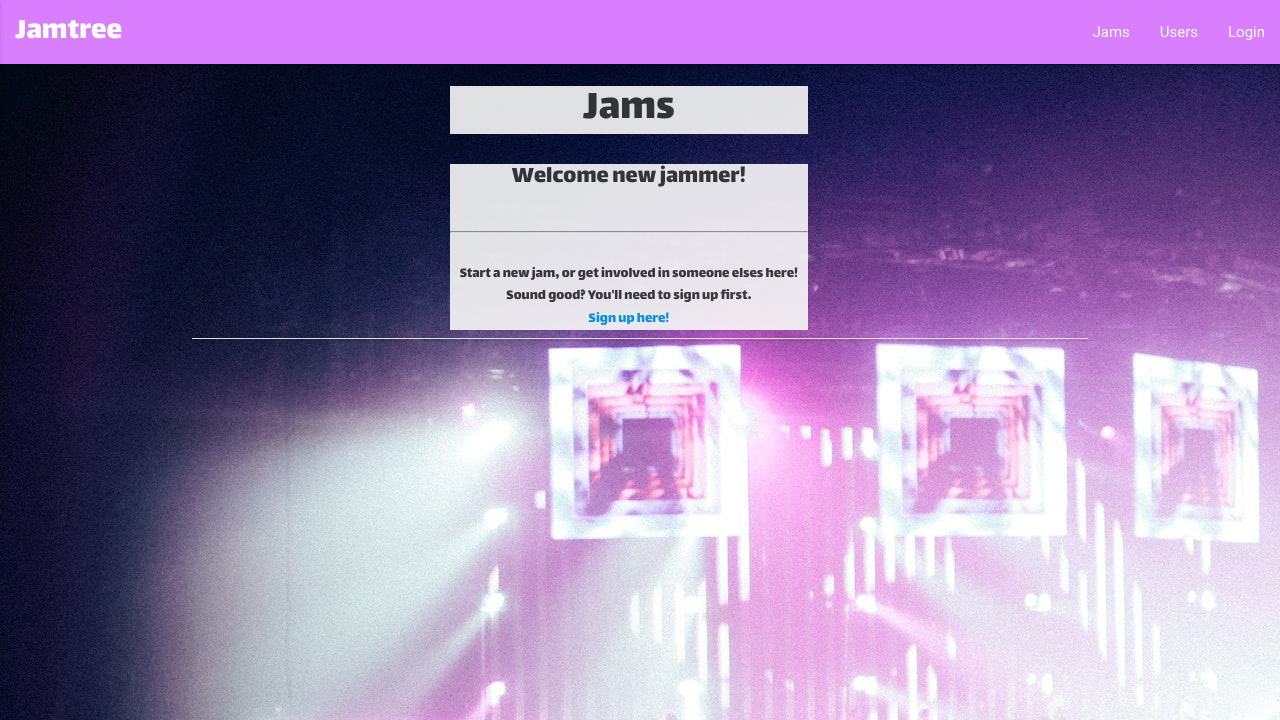
Repository: EdShackleton/milestone-project-3
Page: templates/jams.html
The author's editor kept a record of every edit. The page is drawn from the files as they stood at one moment, then again after the next edit.
The browser window is 1280 px wide. The pictures show the whole page.
Some web libraries are served in a nearby version. The page is served by the project's application, run on Flask 3 (app.py). Style sheets and scripts are compiled from the project's sources, by tool versions that may differ from the author's. The template is opened directly, without the code that normally fills it, so the values that code supplies are empty.

Above is the page before.

### templates/jams.html
{% extends 'base.html'%} {% block content %}
<div class="row">
    <div class="page-title">
        <h3>Jams</h3>
    </div>
</div>

<div class="row">
    <div class="page-title">
        <h5>Welcome new jammer!</h5>
        <br>
        <hr>
        <br>
        <p>Start a new jam, or get involved in someone elses here!
            <br>
        Sound good? You'll need to sign up first.
            <br>
        <a href="{{ url_for('register') }}">Sign up here!</a>
        </p>
    </div>
</div>

<ul class="collapsible" data-collapsible="accordion">

    {% for jam in jams %}

    <li>
        <div class="collapsible-header jams-list">
            <div class="row">
                <div class="jam-title col s12">
                    <h4>{{jam.jam_title}}</h4>
                </div>
                <div class="date col s4">
                    <p>{{jam.date_of_jam}}</p>
                </div>
                <div class="genre col s4">
                    <p>{{jam.genre}}</p>
                </div>
                <div class="location col s4">
                    <p>{{jam.jam_county}}</p>
                </div>
            </div>
        </div>

        <div class="collapsible-body other-jam-info">
            <div class="row">
                <div class="col s12"><p><strong>created by {{jam.jam_owner}}</strong></p></div>
            </div>
            <br>
            <div class="row">
                <div class="col s12"><p><strong>Address</strong></p></div>
            </div>
            <div class="row">
                <div class="location col s12">
                        <p>{{jam.jam_location}}</p>
                </div>
            </div>
            <div class="row">
                <div class="col s12"><p><strong>Members</strong></p></div>
            </div>

            <div class="row">
                <div class="col s12">
                        <p>{{jam.member_instrument_1}} - {{jam.jam_member_1}}</p>
                </div>
            </div>
            {% if jam.member_instrument_2 %}
            <div class="row">
                <div class="col s12">
                        <p>{{jam.member_instrument_2}} - {{jam.jam_member_2}}</p>
                </div>
            </div>
            {% endif %}
            {% if jam.member_instrument_3 %}
            <div class="row">
                <div class="col s12">
                        <p>{{jam.member_instrument_3}} - {{jam.jam_member_3}}</p>
                </div>
            </div>
            {% endif %}
            {% if jam.member_instrument_4 %}
            <div class="row">
                <div class="col s12">
                        <p>{{jam.member_instrument_4}} - {{jam.jam_member_4}}</p>
                </div>
            </div>
            {% endif %}
            {% if jam.member_instrument_5 %}
            <div class="row">
                <div class="col s12">
                        <p>{{jam.member_instrument_5}} - {{jam.jam_member_5}}</p>
                </div>
            </div>
            {% endif %}
            {% if jam.member_instrument_6 %}
            <div class="row">
                <div class="col s12">
                        <p>{{jam.member_instrument_6}} - {{jam.jam_member_6}}</p>
                </div>
            </div>
            {% endif %}
            {% if jam.member_instrument_7 %}
            <div class="row">
                <div class="col s12">
                        <p>{{jam.member_instrument_7}} - {{jam.jam_member_7}}</p>
                </div>
            </div>
            {% endif %}
            {% if jam.member_instrument_8 %}
            <div class="row">
                <div class="col s12">
                        <p>{{jam.member_instrument_8}} - {{jam.jam_member_8}}</p>
                </div>
            </div>
            {% endif %}
            {% if jam.member_instrument_9 %}
            <div class="row">
                <div class="col s12">
                        <p>{{jam.member_instrument_9}} - {{jam.jam_member_9}}</p>
                </div>
            </div>
            {% endif %}
            {% if jam.member_instrument_10 %}
            <div class="row">
                <div class="col s12">
                        <p>{{jam.member_instrument_10}} - {{jam.jam_member_10}}</p>
                </div>
            </div>
            {% endif %}
            <div class="row">
                <div class="col s12">
                    <p><strong>Notes</strong></p>
                </div>
                <div class="col s10">
                    <p>{{jam.jam_notes}}</p>
                </div>
                {% if user_logged_in %}
                <div class="col s2">
                    <a href="{{url_for('edit_jam', jam_id=jam._id)}}" class="btn-floating btn-small waves-effect waves-light btn" id="edit"><i class="material-icons">edit</i></a>
                </div>
                {% endif %}
            </div>
        </div>
    </li>
    {% endfor %}

</ul>

{% endblock %}

### templates/base.html
<!DOCTYPE html>
<html>

<head>
    <link href="https://fonts.googleapis.com/icon?family=Material+Icons" rel="stylesheet">
    <link href="https://fonts.googleapis.com/css?family=Lalezar|Roboto&display=swap" rel="stylesheet">
    <link rel="stylesheet" href="static/css/style.css" type="text/css" />
    <link rel="stylesheet" href="https://cdnjs.cloudflare.com/ajax/libs/materialize/0.100.2/css/materialize.min.css">
    <link rel="stylesheet" href="{{url_for('static', filename='css/style.css')}}" type="text/css" />
</head>

<body>
    <header>
        <div class="navbar-fixed">
            <nav>
                <div class="nav-wrapper">
                    <a href="{{ url_for('get_jams') }}" class="brand-logo">Jamtree</a>
                    <a href="#" data-activates="mobile-demo" class="button-collapse"><i class="material-icons">menu</i></a>
                    <ul id="nav-mobile" class="right hide-on-med-and-down">

                        <li id="username"><strong>{{ username }}</strong></li>
                        <li><a href="{{ url_for('get_jams') }}">Jams</a></li>
                        <li><a href="{{ url_for('get_users') }}">Users</a></li>
                        {% if user_logged_in %}
                        <li><a href="{{ url_for('add_jam') }}">+</a></li>
                        <li><a href="{{ url_for('login') }}">Logout</a></li>
                        {% else %}
                        <li><a href="{{ url_for('login') }}">Login</a></li>
                        {% endif %}

                    </ul>
                    <ul class="side-nav" id="mobile-demo">
                        <li class="username-sidenav"><strong>{{ username }}</strong></li>
                        <li><a href="{{ url_for('get_jams') }}">Jams</a></li>
                        <li><a href="{{ url_for('get_users') }}">Users</a></li>
                        {% if user_logged_in %}
                        <li><a href="{{ url_for('add_jam') }}">New Jam</a></li>
                        <li><a href="{{ url_for('login') }}">Logout</a></li>
                        {% else %}
                        <li><a href="{{ url_for('login') }}">Login</a></li>
                        {% endif %}
                    </ul>
                </div>
            </nav>
        </div>
    </header>
    <div class="container background"></div>
    <div class="container">
        {% block content %} {% endblock %}
    </div>
    <script src="https://cdnjs.cloudflare.com/ajax/libs/jquery/3.2.1/jquery.min.js"></script>
    <script src="https://cdnjs.cloudflare.com/ajax/libs/materialize/0.100.2/js/materialize.min.js"></script>
    <script type="text/javascript">
        $(document).ready(function() {
            $('.collapsible').collapsible();
            $('select').material_select();
            $(".button-collapse").sideNav();
        });
        $('.datepicker').pickadate({
            selectMonths: true, // Creates a dropdown to control month
            selectYears: 15, // Creates a dropdown of 15 years to control year,
            today: 'Today',
            clear: 'Clear',
            close: 'Ok',
            closeOnSelect: false // Close upon selecting a date,
        });
    </script>
</body>

</html>

### app.py
import os
from flask import Flask, render_template, redirect, request, url_for, session
from flask_pymongo import PyMongo
from bson.objectid import ObjectId



app = Flask(__name__)
app.config["MONGO_DBNAME"] = 'Jamtree'
app.config["MONGO_URI"] = 'mongodb+srv://root:Welcome3@myfirstcluster-8h2g0.mongodb.net/Jamtree?retryWrites=true&w=majority'

mongo = PyMongo(app)

#CRUD

@app.route('/get_jams')
def get_jams():
    user_logged_in = 'username' in session
    if user_logged_in:
        return render_template("jams.html",
        jams=mongo.db.jam_or_event.find(),
        counties=mongo.db.counties.find(),
        username=session['username'],
        user_logged_in=user_logged_in)
    return render_template("jams.html",
    jams=mongo.db.jam_or_event.find(),
    counties=mongo.db.counties.find(),
    user_logged_in=user_logged_in)

@app.route('/get_users')
def get_users():
    user_logged_in = 'username' in session
    if user_logged_in:
        return render_template("users.html",
        users=mongo.db.users.find(),
        counties=mongo.db.counties.find(),
        username=session['username'],
        user_logged_in=user_logged_in)
    return render_template("users.html",
        users=mongo.db.users.find(),
        counties=mongo.db.counties.find(),
        user_logged_in=user_logged_in)

@app.route('/add_jam', methods=['POST', 'GET'])
def add_jam():
    user_logged_in = 'username' in session
    if request.method == 'POST':
        jams =  mongo.db.jam_or_event
        jams.insert_one({
                'jam_title':request.form.get('jam_title'),
                'genre':request.form.get('genre'),
                'date_of_jam': request.form.get('date_of_jam'),
                'jam_location': request.form.get('jam_location'),
                'jam_county':request.form.get('jam_county'),
                'jam_member_1':request.form.get('jam_member_1'),
                'jam_member_2':request.form.get('jam_member_2'),
                'jam_member_3':request.form.get('jam_member_3'),
                'jam_member_4':request.form.get('jam_member_4'),
                'jam_member_5':request.form.get('jam_member_5'),
                'jam_member_6':request.form.get('jam_member_6'),
                'jam_member_7':request.form.get('jam_member_7'),
                'jam_member_8':request.form.get('jam_member_8'),
                'jam_member_9':request.form.get('jam_member_9'),
                'jam_member_10':request.form.get('jam_member_10'),
                'member_instrument_1':request.form.get('member_instrument_1'),
                'member_instrument_2':request.form.get('member_instrument_2'),
                'member_instrument_3':request.form.get('member_instrument_3'),
                'member_instrument_4':request.form.get('member_instrument_4'),
                'member_instrument_5':request.form.get('member_instrument_5'),
                'member_instrument_6':request.form.get('member_instrument_6'),
                'member_instrument_7':request.form.get('member_instrument_7'),
                'member_instrument_8':request.form.get('member_instrument_8'),
                'member_instrument_9':request.form.get('member_instrument_9'),
                'member_instrument_10':request.form.get('member_instrument_10'),
                'jam_notes':request.form.get('jam_notes'),
                'jam_owner':session['username']
            })

        print(request.form)
        return redirect(url_for('get_jams'))

    return render_template('addjam.html',
    counties=mongo.db.counties.find(),
    username=session['username'],
    user_logged_in=user_logged_in,
    instruments=mongo.db.instruments.find(),
    instruments_2=mongo.db.instruments.find(),
    instruments_3=mongo.db.instruments.find(),
    instruments_4=mongo.db.instruments.find(),
    instruments_5=mongo.db.instruments.find(),
    instruments_6=mongo.db.instruments.find(),
    instruments_7=mongo.db.instruments.find(),
    instruments_8=mongo.db.instruments.find(),
    instruments_9=mongo.db.instruments.find(),
    instruments_10=mongo.db.instruments.find())

@app.route('/delete_jam/<jam_id>')
def delete_jam(jam_id):
    mongo.db.jam_or_event.remove({'_id': ObjectId(jam_id)})
    return redirect(url_for('get_jams'))

@app.route('/edit_jam/<jam_id>', methods=['POST', 'GET'])
def edit_jam(jam_id):
    user_logged_in = 'username' in session
    the_jam =  mongo.db.jam_or_event.find_one({"_id": ObjectId(jam_id)})
    username=session['username']
    jam_owner = the_jam['jam_owner']

    if request.method == 'POST':
        if user_logged_in:
            if username == jam_owner:
                print(request.form)
                jams = mongo.db.jam_or_event
                jams.update( {'_id': ObjectId(jam_id)},
                {
                    'jam_title':request.form.get('jam_title'),
                    'genre':request.form.get('genre'),
                    'date_of_jam': request.form.get('date_of_jam'),
                    'jam_location': request.form.get('jam_location'),
                    'jam_county':request.form.get('jam_county'),
                    'jam_member_1':request.form.get('jam_member_1'),
                    'jam_member_2':request.form.get('jam_member_2'),
                    'jam_member_3':request.form.get('jam_member_3'),
                    'jam_member_4':request.form.get('jam_member_4'),
                    'jam_member_5':request.form.get('jam_member_5'),
                    'jam_member_6':request.form.get('jam_member_6'),
                    'jam_member_7':request.form.get('jam_member_7'),
                    'jam_member_8':request.form.get('jam_member_8'),
                    'jam_member_9':request.form.get('jam_member_9'),
                    'jam_member_10':request.form.get('jam_member_10'),
                    'member_instrument_1':request.form.get('member_instrument_1'),
                    'member_instrument_2':request.form.get('member_instrument_2'),
                    'member_instrument_3':request.form.get('member_instrument_3'),
                    'member_instrument_4':request.form.get('member_instrument_4'),
                    'member_instrument_5':request.form.get('member_instrument_5'),
                    'member_instrument_6':request.form.get('member_instrument_6'),
                    'member_instrument_7':request.form.get('member_instrument_7'),
                    'member_instrument_8':request.form.get('member_instrument_8'),
                    'member_instrument_9':request.form.get('member_instrument_9'),
                    'member_instrument_10':request.form.get('member_instrument_10'),
                    'jam_notes':request.form.get('jam_notes'),
                    'jam_owner':session['username']
                })
                return redirect(url_for('get_jams'))

            print(request.form)
            jams = mongo.db.jam_or_event
            jams.update( {'_id': ObjectId(jam_id)},
            {
                'jam_member_1':request.form.get('jam_member_1'),
                'jam_member_2':request.form.get('jam_member_2'),
                'jam_member_3':request.form.get('jam_member_3'),
                'jam_member_4':request.form.get('jam_member_4'),
                'jam_member_5':request.form.get('jam_member_5'),
                'jam_member_6':request.form.get('jam_member_6'),
                'jam_member_7':request.form.get('jam_member_7'),
                'jam_member_8':request.form.get('jam_member_8'),
                'jam_member_9':request.form.get('jam_member_9'),
                'jam_member_10':request.form.get('jam_member_10'),
                'member_instrument_1':request.form.get('member_instrument_1'),
                'member_instrument_2':request.form.get('member_instrument_2'),
                'member_instrument_3':request.form.get('member_instrument_3'),
                'member_instrument_4':request.form.get('member_instrument_4'),
                'member_instrument_5':request.form.get('member_instrument_5'),
                'member_instrument_6':request.form.get('member_instrument_6'),
                'member_instrument_7':request.form.get('member_instrument_7'),
                'member_instrument_8':request.form.get('member_instrument_8'),
                'member_instrument_9':request.form.get('member_instrument_9'),
                'member_instrument_10':request.form.get('member_instrument_10'),
                'jam_title':request.form.get('jam_title'),
                'genre':request.form.get('genre'),
                'date_of_jam': request.form.get('date_of_jam'),
                'jam_location': request.form.get('jam_location'),
                'jam_county':request.form.get('jam_county'),
                'jam_notes':request.form.get('jam_notes'),
                'jam_owner':request.form.get('jam_owner')
            })
            return redirect(url_for('get_jams'))
    if username == jam_owner:
        return render_template('editjam.html',
        jam=the_jam,
        instruments=mongo.db.instruments.find(),
        instruments_2=mongo.db.instruments.find(),
        instruments_3=mongo.db.instruments.find(),
        instruments_4=mongo.db.instruments.find(),
        instruments_5=mongo.db.instruments.find(),
        instruments_6=mongo.db.instruments.find(),
        instruments_7=mongo.db.instruments.find(),
        instruments_8=mongo.db.instruments.find(),
        instruments_9=mongo.db.instruments.find(),
        instruments_10=mongo.db.instruments.find(),
        counties=mongo.db.counties.find(),
        username=session['username'])
    return render_template('guesteditjam.html',
        jam=the_jam,
        instruments=mongo.db.instruments.find(),
        instruments_2=mongo.db.instruments.find(),
        instruments_3=mongo.db.instruments.find(),
        instruments_4=mongo.db.instruments.find(),
        instruments_5=mongo.db.instruments.find(),
        instruments_6=mongo.db.instruments.find(),
        instruments_7=mongo.db.instruments.find(),
        instruments_8=mongo.db.instruments.find(),
        instruments_9=mongo.db.instruments.find(),
        instruments_10=mongo.db.instruments.find(),
        counties=mongo.db.counties.find(),
        username=session['username'])

#login system - As the project brief does not require a login system, I have not hashed passwords

@app.route('/')
def index():
    users = mongo.db.users
    user_logged_in = 'username' in session
    if user_logged_in:
        return render_template('jams.html',
        jams=mongo.db.jam_or_event.find(),
        counties=mongo.db.counties.find(),
        username=session['username'])

    return render_template('jams.html',
        jams=mongo.db.jam_or_event.find(),
        counties=mongo.db.counties.find(),
        genres=mongo.db.genres.find())

@app.route('/login', methods=['POST', 'GET'])
def login():
    user_logged_in = 'username' in session
    if request.method == 'POST':
        users = mongo.db.users
        password = request.form['password']
        login_user = users.find_one({'username' : request.form['username']})

        if login_user:
            if password == login_user['password']:
                session['username'] = request.form['username']
                return redirect(url_for('get_jams'))

        return render_template('re-login.html')

    if user_logged_in:
        session.clear()
        return redirect(url_for('get_jams'))

    return render_template('login.html')

@app.route('/register', methods=['POST', 'GET'])
def register():
    if request.method == 'POST':
        users = mongo.db.users
        existing_user = users.find_one({'username' : request.form['username']})

        if existing_user is None:
            users.insert({'username' : request.form['username'],
            'password' : request.form['password'],
            'user_county' : request.form['user_county'],
            'user_instrument' : request.form['user_instrument']})
            session['username'] = request.form['username']
            return redirect(url_for('get_jams'))

        return render_template('re-register.html',
    instruments=mongo.db.instruments.find())

    return render_template('register.html',
    instruments=mongo.db.instruments.find(),
    counties=mongo.db.counties.find())

if __name__ == '__main__':
    app.secret_key = 'mysecret'
    app.run(host=os.environ.get('IP'),
            port=int(8080),
            debug=True)

### static/css/style.sass
/* Variables */

$primary-color: #7D1538
$secondary-color: #F9F9F9
$third-color: #d97eff
$fourth-color: #b4ffba
$fifth-color: #F45866

/* Mixins */

%box
    background-color: $secondary-color
    color: #383838
    border-color: white
    opacity: 0.9


%title
    font-family: 'Lalezar', cursive

/* background */


body
    background: url(/static/images/background-pic-purple.jpg) top left no-repeat
    background-attachment: fixed

.blank-background
    @extend %box
    padding: 3% 10%
    margin-top: 5px

/* nav bar */

.nav-wrapper
    background-color: $third-color
    font-family: 'Roboto', sans-serif


.brand-logo
    @extend %title
    margin: 0px 15px


#username
    font-style: italic

/* side nav */

.side-nav
    @extend %box

.side-nav li>a:hover
    background-color: $third-color
    color: white

#sidenav-overlay
    z-index: 996

/* page titles */

.page-title
    @extend %box
    @extend %title
    text-align: center
    margin: 0 30%


/* search bar */

.search-bar
    -webkit-box-shadow: 5px 5px 5px 0px rgba(0,0,0,0.2)
    -moz-box-shadow: 5px 5px 5px 0px rgba(0,0,0,0.2)
    box-shadow: 5px 5px 5px 0px rgba(0,0,0,0.2)
    background-color: #f5ecf9
    padding: 0 !important
    color: #383838
    font-family: 'Roboto', sans-serif
    margin-top: 5px
    height: 38px

.select-wrapper input.select-dropdown
    margin: 0
    border: none
    width: 100%
    font-size: 16px
    height: 38px
    padding-left: 5px

.dropdown-content li>span
    color: #383838
    font-family: 'Roboto', sans-serif

#search-button
    height: 38px
    margin-top: 5px
    border-radius: 2px

/* Jams page */

.jams-list
    @extend %box
    font-family: 'Roboto', sans-serif
    text-align: center

.jam-title
    @extend %title

.other-jam-info
    background-color: #F4CEFF
    border-color: white
    opacity: 0.9

/* Users page */

.user-card
    @extend %box
    font-family: 'Roboto', sans-serif
    margin: 0 20%
    text-align: center

.user-name
    @extend %title

/* Add Jams page */

#member-2-details
    display: none

#member-3-details
    display: none

#member-4-details
    display: none

#member-5-details
    display: none

#member-6-details
    display: none

#member-7-details
    display: none

#member-8-details
    display: none

#member-9-details
    display: none

#member-10-details
    display: none

/* edit jams */

#hidden-jam-details
    display: none

/* other */

.user-card
    @extend %box

.btn
    background-color: $fourth-color

.btn:hover
    background-color: $third-color

.row
    width: 100%
    margin: 5px

p
    margin: 0

/* When starting to use sass, type into console: sass --watch static/css/style.sass:static/css/style.css */

After the next edit:
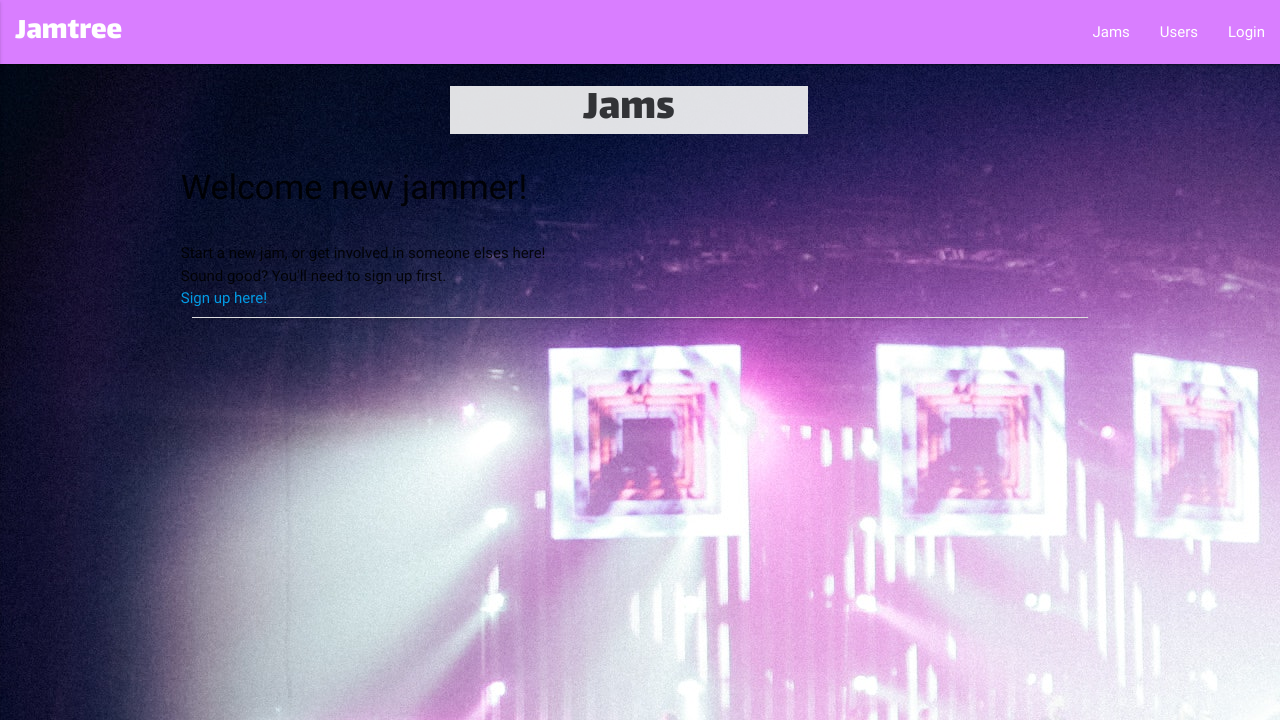
The edit:
--- a/templates/jams.html
+++ b/templates/jams.html
@@ -6,10 +6,8 @@
 </div>
 
 <div class="row">
-    <div class="page-title">
-        <h5>Welcome new jammer!</h5>
-        <br>
-        <hr>
+    <div class="new-user-card">
+        <h4 class="new-user-card-title">Welcome new jammer!</h4>
         <br>
         <p>Start a new jam, or get involved in someone elses here!
             <br>
